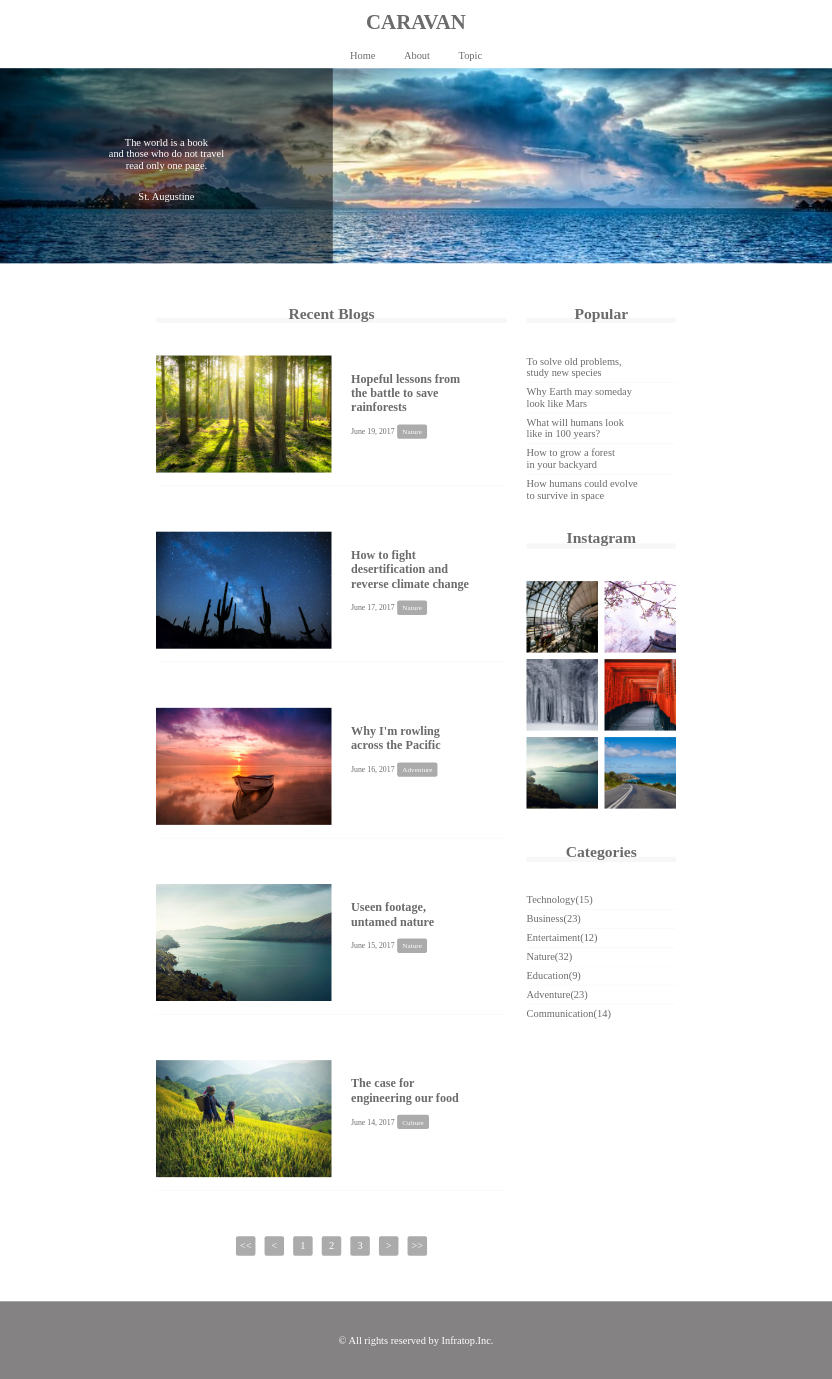
Repository: yukito7878/HTML-CSS-practice
Page: caravan/index8.html
The author's editor kept a record of every edit. The page is drawn from the files as they stood at one moment, then again after the next edit.
The browser window is 1280 px wide. The pictures show the whole page, at 65% of full size.

Above is the page before.

After the next edit:
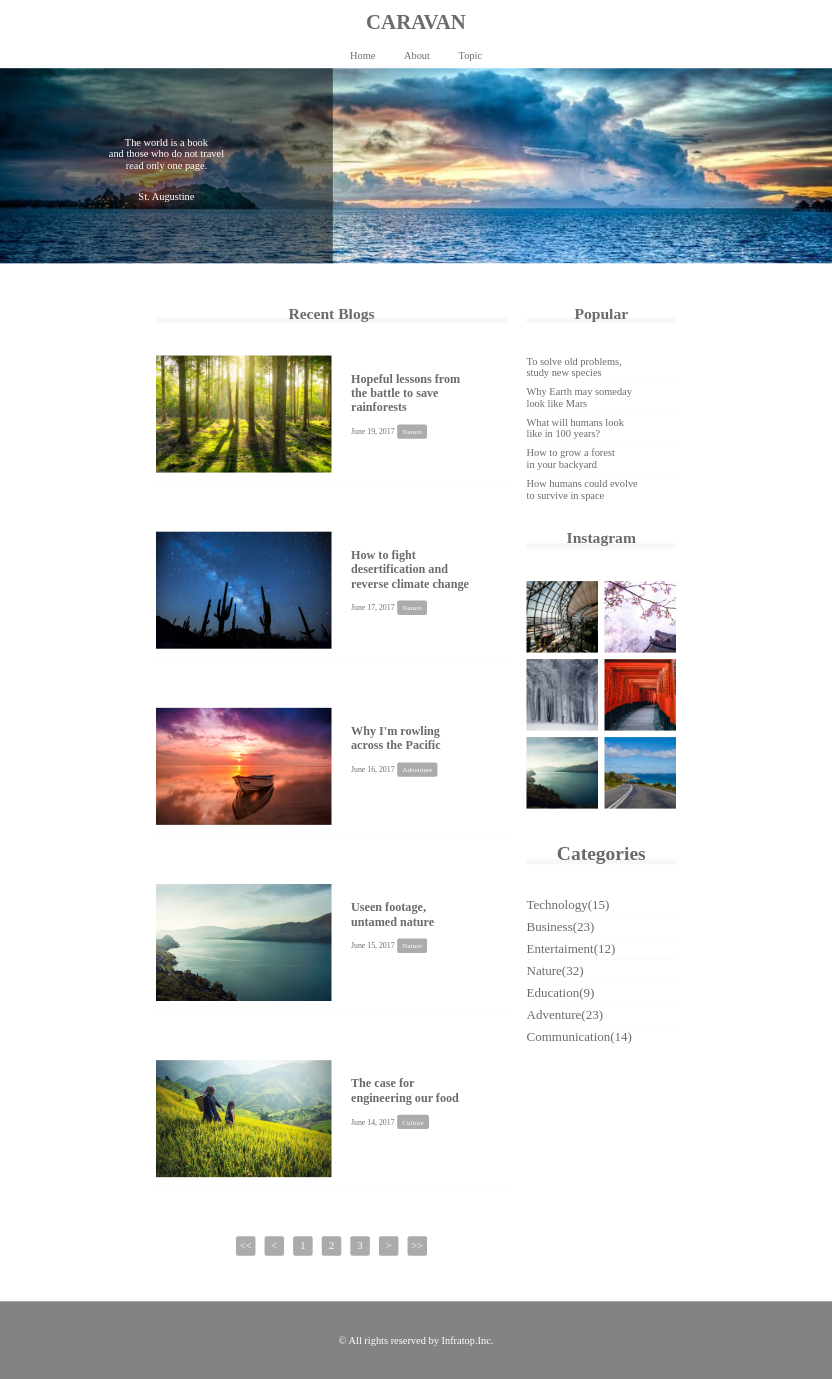
The edit:
--- a/caravan/style8.css
+++ b/caravan/style8.css
@@ -207,6 +207,9 @@
   background-image: url(img/road.jpg);
 }
 
+.categories{
+  font-size: 20px;
+}
 footer {
   width: 100%;
   height: 120px;
